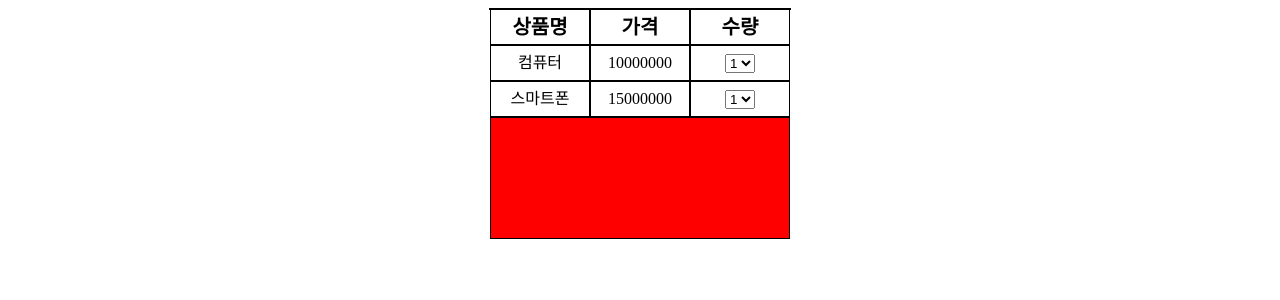
Repository: MySunTY/JSP
Page: http://localhost/JSP08/
These files come from the project's save history. The page is drawn as it stood at one moment and after the next save; the edit follows.
The browser window is 1280 px wide. The pictures show the whole page.
The page is served by Tomcat 9.

Above is the page before, as saved 2024-05-16 06:28:08.

### JSP08/src/main/webapp/index.jsp
<%@ page language="java" contentType="text/html; charset=utf-8"
    pageEncoding="utf-8"%>
<!DOCTYPE html>
<html>
	<head>
		<meta charset="utf-8">
		<title>데이터 전송 실습</title>
		<link rel="stylesheet" href="css/style.css">
	</head>
	<body>
		<div id="wrap">
			<div class="th">상품명</div>
			<div class="th">가격</div>
			<div class="th">수량</div>
			<div class="td">컴퓨터</div>
			<div class="td">10000000</div>
			<div class="td">
				<select>
					<option>1</option>
					<option>2</option>
					<option>3</option>
					<option>4</option>
					<option>5</option>
				</select>
			</div>
			<div class="td">스마트폰</div>
			<div class="td">15000000</div>
			<div class="td">
				<select>
					<option>1</option>
					<option>2</option>
					<option>3</option>
					<option>4</option>
					<option>5</option>
				</select>
			</div>
			<div class="result">

			</div>
		</div>
		<!-- #wrap:after{
	content:"가나다라"; css로 만든 글자, 수정안됨
} -->
	</body>
</html>

### JSP08/src/main/webapp/css/style.css
@charset "utf-8";
#wrap{
	width: 300px;

	border : 1px solid black;
	margin : 0 auto;

}
#wrap>div{
	width:98px;
	height : 34px;
	border : 1px solid black;
	float: left;

}
.th{
	font-weight:600;
	font-size:20px;
	text-align:center;
	line-height:34px;

}
.td{
	text-align : center;
	line-height : 34px;

}
#wrap>.result{
	background-color : red;
	width: 298px;
	height : 120px;
	border: 1px solid black;

}

After the next save:
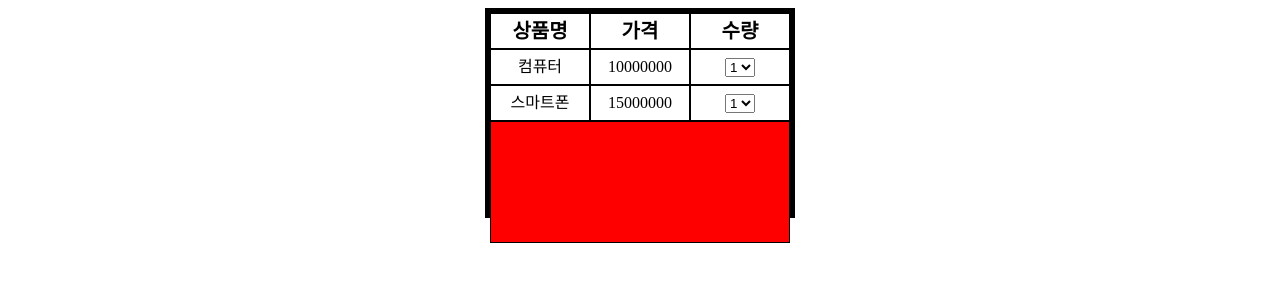
Saved 4 min 36 s later.
--- a/JSP08/src/main/webapp/css/style.css
+++ b/JSP08/src/main/webapp/css/style.css
@@ -1,8 +1,8 @@
 @charset "utf-8";
 #wrap{
 	width: 300px;
-
-	border : 1px solid black;
+	height : 200px;
+	border : 5px solid black;
 	margin : 0 auto;
 
 }
